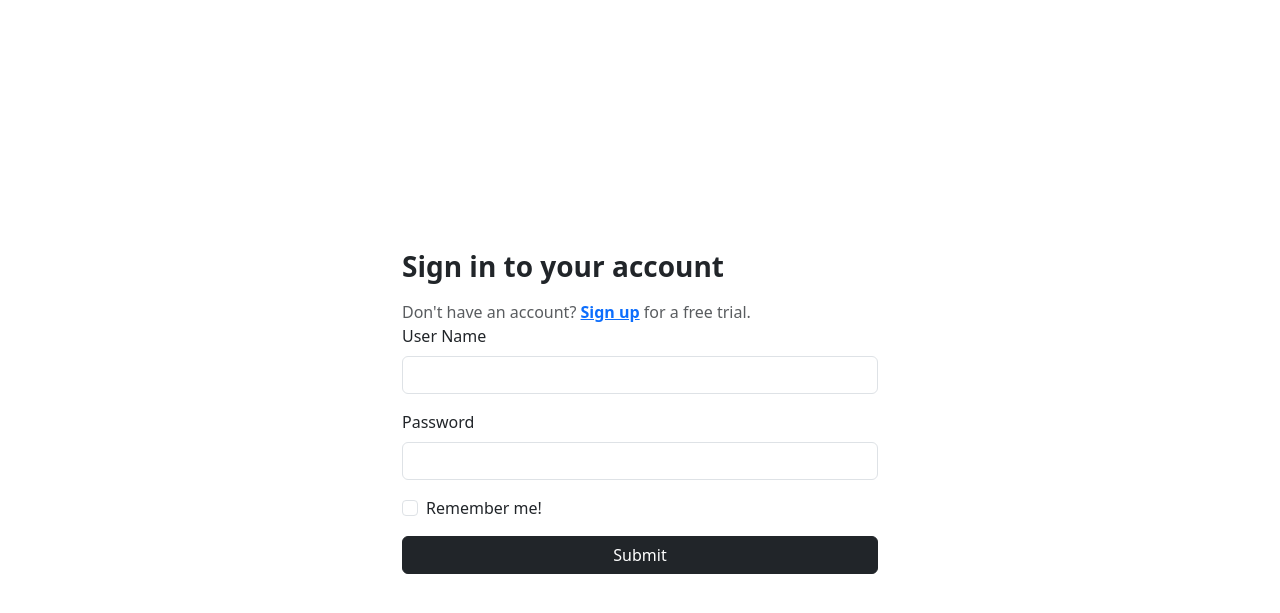
Repository: tranhuuan1703/BaiTapServlet
Page: http://localhost/bai_tap_jsp_servlet/loginPageController
The author's editor kept a copy of each file at every save. The page is drawn from the files as they stood at one save, then again after the next save.
The browser window is 1280 px wide. The pictures show the whole page.
The page is served by Tomcat 9. Other server files are loaded and not shown.

Above is the page before, as saved 2024-08-14 06:39:46.

### bai_tap_jsp_servlet/bai_tap_jsp_servlet/src/main/webapp/views/login.jsp
<%@ page language="java" contentType="text/html; charset=UTF-8"
    pageEncoding="UTF-8"%>


<%@ taglib prefix = "c" uri = "http://java.sun.com/jsp/jstl/core" %>
<!DOCTYPE html>
<html>
<head>
<meta charset="UTF-8">
<title>Insert title here</title>
<link href="https://cdn.jsdelivr.net/npm/bootstrap@5.3.3/dist/css/bootstrap.min.css"
		rel="stylesheet"
		integrity="sha384-QWTKZyjpPEjISv5WaRU9OFeRpok6YctnYmDr5pNlyT2bRjXh0JMhjY6hW+ALEwIH"
		crossorigin="anonymous">
<script src="https://cdn.jsdelivr.net/npm/bootstrap@5.3.3/dist/js/bootstrap.bundle.min.js"
		integrity="sha384-YvpcrYf0tY3lHB60NNkmXc5s9fDVZLESaAA55NDzOxhy9GkcIdslK1eN7N6jIeHz"
		crossorigin="anonymous"></script>
<script src="https://ajax.googleapis.com/ajax/libs/jquery/1.12.0/jquery.min.js"></script>
</head>

<body>

	<%

		String userNameError = request.getAttribute("message_userName")+"";
		String passWordError = request.getAttribute("message_passWord")+"";

		String userName = request.getAttribute("userName")+"";
		String passWord = request.getAttribute("passWord")+"";

		userNameError = (!userNameError.equals("null"))? userNameError: "";
		passWordError = (!passWordError.equals("null"))? passWordError: "";

		userName = (!userName.equals("null"))? userName: "";
		passWord = (!passWord.equals("null"))? passWord: "";


	%>
	<div class="container" style="margin-top:250px; width:500px">
		 <div class="w-md-50 mx-auto px-10 px-md-0 py-10">

		 	<div class="mb-10">
                <a class="d-inline-block d-lg-none mb-10" href="/pages/dashboard.html">
                    <img src="../../img/logos/logo-dark.svg" class="h-rem-10" alt="...">
                </a>
                <h1 class="ls-tight fw-bolder h3">Sign in to your account</h1>
                <div class="mt-3 text-sm text-muted"><span>Don't have an account?</span>
                    <a href="/pages/register.html" class="fw-semibold">Sign up</a> for a free trial.
                </div>
            </div>


		<form action="login" method="post">
		  <!-- message div-->
		  <div class="mb-3">
		    <label for="exampleInputEmail1" class="form-label">User Name</label>
		    <input type="text" class="form-control" id="exampleInputEmail1" aria-describedby="emailHelp" name="email" value="<%= userName %>" required>
		    <span class="rq"><%= userNameError %></span>

		  </div>

		  <div class="mb-3">
		    <label for="exampleInputPassword1" class="form-label">Password</label>
		    <input type="password" class="form-control" id="exampleInputPassword1" name="password" value="<%= passWord %>" required>
		    <span class="rq"><%= passWordError %></span>
		  </div>

		  <div class="mb-3 form-check">
		    <input type="checkbox" class="form-check-input" id="exampleCheck1" name="rememberMe">
		    <label class="form-check-label" for="exampleCheck1" >Remember me!</label>
		  </div>
		  <div class="grid text-center">
		  	<button type="submit" class="btn btn-dark w-100">Submit</button>
		  </div>

		</form>


		 </div>


	</div>



</body>

</html>

### bai_tap_jsp_servlet/bai_tap_jsp_servlet/src/main/java/controller/loginPageController.java
package controller;

import java.io.IOException;
import java.sql.ResultSet;

import javax.servlet.ServletException;
import javax.servlet.annotation.WebServlet;
import javax.servlet.http.Cookie;
import javax.servlet.http.HttpServlet;
import javax.servlet.http.HttpServletRequest;
import javax.servlet.http.HttpServletResponse;
import javax.servlet.http.HttpSession;

import dao.loginDao;
import entity.Admin;

/**
 * Servlet implementation class loginPageController
 */
@WebServlet("/loginPageController")
public class loginPageController extends HttpServlet {
	private static final long serialVersionUID = 1L;

    /**
     * @see HttpServlet#HttpServlet()
     */
    public loginPageController() {
        super();
        // TODO Auto-generated constructor stub
    }

	/**
	 * @see HttpServlet#doGet(HttpServletRequest request, HttpServletResponse response)
	 */
	protected void doGet(HttpServletRequest request, HttpServletResponse response) throws ServletException, IOException {
		// TODO Auto-generated method stub
		Cookie[] cookies = request.getCookies();
		HttpSession session =  request.getSession();

		// lay parameters. Neu khong co cookie thi lay input gia tri trong input
		String useName = null;
		String passWord = null;

		if (cookies != null) {

			// loop de chon gia tri trong name cookie va gia tri trong password cookie
			for (Cookie cookie : cookies) {
                if (cookie.getName().equals("useName")) {
                    useName = cookie.getValue();
                }
                if (cookie.getName().equals("PassWord")) {
                    passWord = cookie.getValue();
                }
			}
		}


		if (useName != null && passWord != null) {
			loginDao lg = new loginDao();										// khoi tao su object Dao de xu ly login
			Admin admin = new Admin(useName, passWord);
			ResultSet check = lg.login(admin.getEmail(), admin.getPassWord()); // kiem tra gia tai khoan email va password co nam trong database login

			try {
				if(check.next()) {

					// lay thong tin da truy van fullnam, emaill, password
					String emailAccount = check.getString("emailadress");
					String passWordAccount = check.getString("userPassword");
					String nameAccount = check.getString("fullName");


					// so sanh email va pass word co dung hoan toan hay khong
					if (admin.getEmail().equals(emailAccount) && admin.getPassWord().equals(passWordAccount)) {

						admin.setFullName(nameAccount);
						// tao session
						session.setAttribute("accountAdmin", admin);
						// redirect den trang hom
						response.sendRedirect("home?page=1");

					}
				}
			}catch(Exception e) {
				e.printStackTrace();
			}
		}else {
			request.setAttribute("userName", useName);
			request.setAttribute("passWord", passWord);

			// forward den trang login
			request.getRequestDispatcher("/views/login.jsp").forward(request, response);
		}
		}


//	}

	/**
	 * @see HttpServlet#doPost(HttpServletRequest request, HttpServletResponse response)
	 */
	protected void doPost(HttpServletRequest request, HttpServletResponse response) throws ServletException, IOException {
		// TODO Auto-generated method stub
		doGet(request, response);
	}

}

### bai_tap_jsp_servlet/bai_tap_jsp_servlet/src/main/webapp/css/base.css
@charset "UTF-8";



	/* styles.css */

body{
	background-color: #e3f2fd;
}

/* Phong cách cơ bản của popup */
.popup {
    display: none; /* Ẩn popup mặc định */
    position: fixed;
    z-index: 1;
    left: 0;
    top: 0;
    width: 100%;
    height: 100%;
    overflow: auto;
    background-color: rgba(0, 0, 0, 0.5); /* Màu nền mờ */
}

/* Nội dung của popup */
.popup-content {
    background-color: white;
    margin: 15% auto; /* Căn giữa */
    padding: 20px;
    border: 1px solid #888;
    width: 80%;
    max-width: 700px; /* Giới hạn chiều rộng */
}

/* Nút đóng popup */
.close-btn {
    color: #aaa;
    float: right;
    font-size: 28px;
    font-weight: bold;
}

.close-btn:hover,
.close-btn:focus {
    color: black;
    text-decoration: none;
    cursor: pointer;
}


.intro {
  height: 100%;
}

table td,
table th {
  text-overflow: ellipsis;
  white-space: nowrap;
  overflow: hidden;
}

thead th {
  color: #fff;
}

.card {
  border-radius: .5rem;
}

.table-scroll {
  border-radius: .5rem;
}

.table-scroll table thead th {
  font-size: 1.25rem;
}
thead {
  top: 0;
  position: sticky;
}

/* bao loi */
.rq{
		color: red;
	}

After the next save:
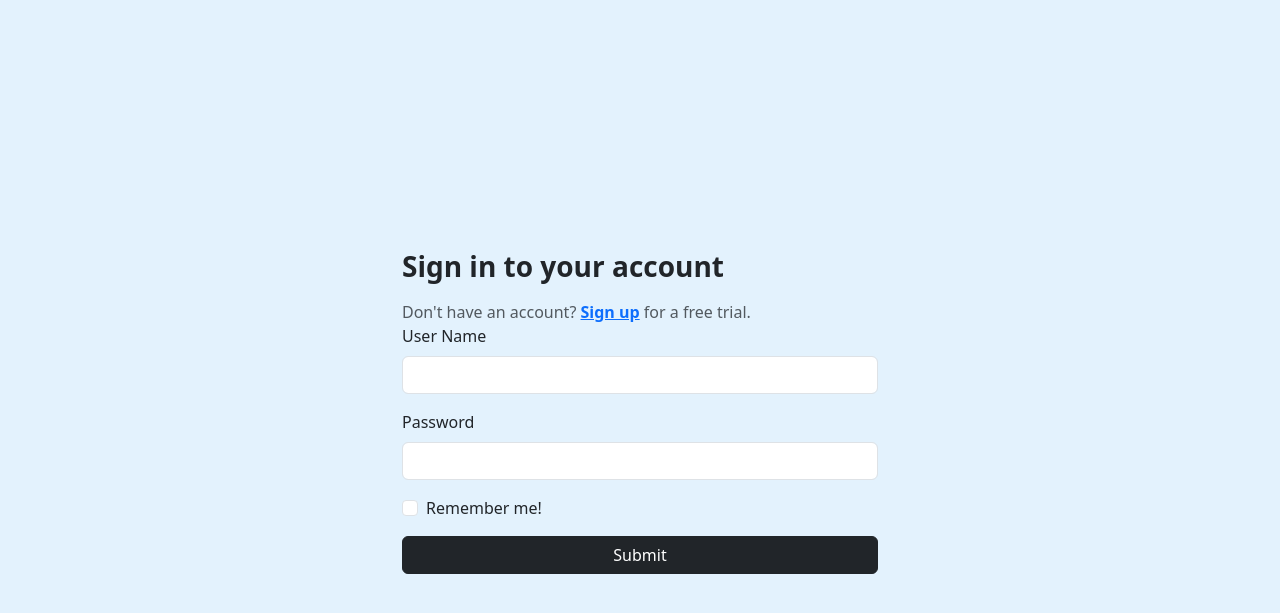
Saved 16 s later.
--- a/bai_tap_jsp_servlet/bai_tap_jsp_servlet/src/main/webapp/views/login.jsp
+++ b/bai_tap_jsp_servlet/bai_tap_jsp_servlet/src/main/webapp/views/login.jsp
@@ -12,6 +12,7 @@
 		rel="stylesheet"
 		integrity="sha384-QWTKZyjpPEjISv5WaRU9OFeRpok6YctnYmDr5pNlyT2bRjXh0JMhjY6hW+ALEwIH"
 		crossorigin="anonymous">
+<link href="<c:url value="/css/base.css"/>" rel="stylesheet" type="text/css" />
 <script src="https://cdn.jsdelivr.net/npm/bootstrap@5.3.3/dist/js/bootstrap.bundle.min.js"
 		integrity="sha384-YvpcrYf0tY3lHB60NNkmXc5s9fDVZLESaAA55NDzOxhy9GkcIdslK1eN7N6jIeHz"
 		crossorigin="anonymous"></script>
